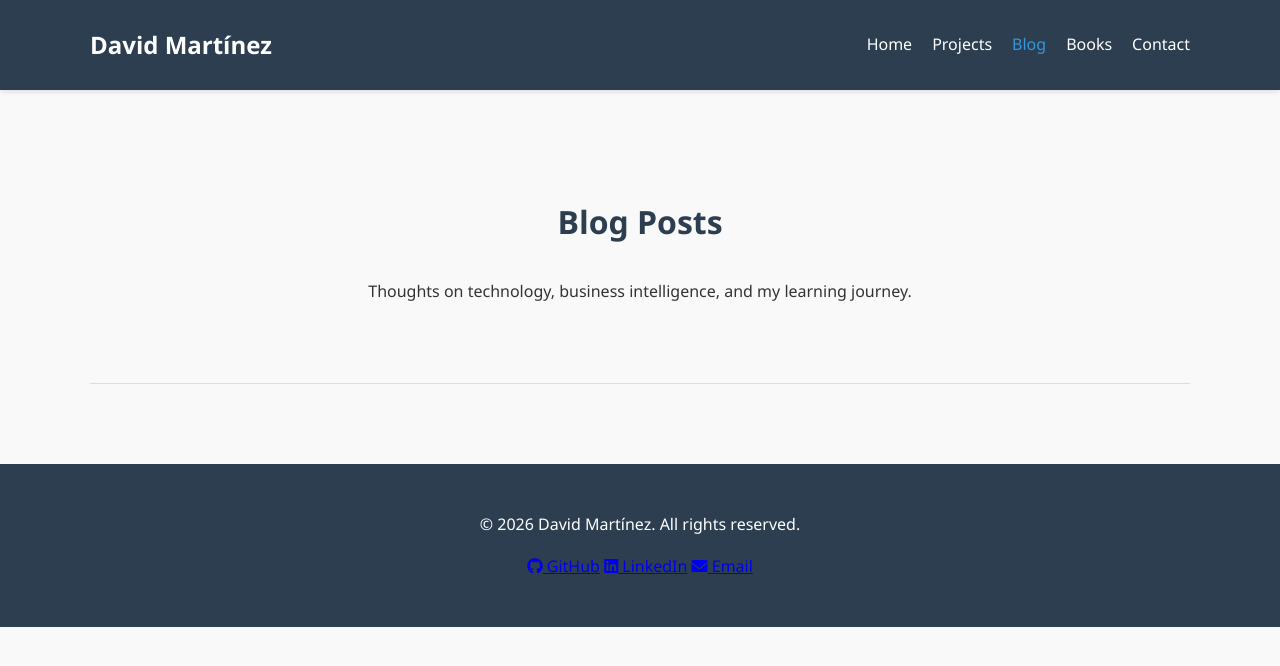
Repository: davidsmv/davidsmv.github.io
Page: blog.html
An editor plug-in stored every save of this project. The page is shown before and after the next save, followed by the edit.
The browser window is 1280 px wide. The pictures show the whole page.

Above is the page before, as saved 2026-01-19 18:20:58.

### blog.html
<!DOCTYPE html>
<html lang="en">
<head>
    <!-- Google Tag Manager -->
    <script>(function(w,d,s,l,i){w[l]=w[l]||[];w[l].push({'gtm.start':
    new Date().getTime(),event:'gtm.js'});var f=d.getElementsByTagName(s)[0],
    j=d.createElement(s),dl=l!='dataLayer'?'&l='+l:'';j.async=true;j.src=
    'https://www.googletagmanager.com/gtm.js?id='+i+dl;f.parentNode.insertBefore(j,f);
    })(window,document,'script','dataLayer','GTM-K4HP3RM');</script>
    <!-- End Google Tag Manager -->

    <meta charset="UTF-8">
    <meta name="viewport" content="width=device-width, initial-scale=1.0">
    <meta http-equiv="X-UA-Compatible" content="ie=edge">
    <title>Blog - David Martínez</title>

    <link rel="stylesheet" href="styles.css">
    <link rel="stylesheet" href="https://cdnjs.cloudflare.com/ajax/libs/font-awesome/6.0.0/css/all.min.css">
</head>
<body>
    <!-- Google Tag Manager (noscript) -->
    <noscript><iframe src="https://www.googletagmanager.com/ns.html?id=GTM-K4HP3RM"
    height="0" width="0" style="display:none;visibility:hidden"></iframe></noscript>
    <!-- End Google Tag Manager (noscript) -->

    <header>
        <nav>
            <div class="logo"><a href="index.html" style="color: white; text-decoration: none;">David Martínez</a></div>
            <ul class="nav-links">
                <li><a href="index.html">Home</a></li>
                <li><a href="projects.html">Projects</a></li>
                <li><a href="blog.html" style="color: var(--accent-color);">Blog</a></li>
                <li><a href="books.html">Books</a></li>
                <li><a href="contact.html">Contact</a></li>
            </ul>
        </nav>
    </header>

    <div class="container">
        <section>
            <h2>Blog Posts</h2>
            <p style="text-align: center; margin-bottom: 30px;">
                Thoughts on technology, business intelligence, and my learning journey.
            </p>

            <div class="card-list" id="all-blogs">
                <!-- Content will be loaded from scripts.js -->
            </div>
        </section>
    </div>

    <footer>
        <p>&copy; 2026 David Martínez. All rights reserved.</p>
        <p>
            <a href="https://github.com/davidsmv" target="_blank"><i class="fab fa-github"></i> GitHub</a>
            <a href="https://www.linkedin.com/in/davidsmv" target="_blank"><i class="fab fa-linkedin"></i> LinkedIn</a>
            <a href="mailto:david-martinezv@hotmail.com"><i class="fas fa-envelope"></i> Email</a>
        </p>
    </footer>

    <!-- Load scripts -->
    <script src="data/blogs.js"></script>
    <script src="js/scripts.js"></script>
    <script>
        renderBlogs('all-blogs');
    </script>
</body>
</html>

### styles.css
/* Root variables for easy customization */
:root {
  --primary-color: #2c3e50; /* Dark Blue */
  --accent-color: #3498db;  /* Light Blue */
  --bg-color: #f9f9f9;      /* Light Gray Background */
  --text-color: #333;       /* Dark Text */
  --card-bg: #fff;          /* White Card Background */
  --font-main: 'Segoe UI', Tahoma, Geneva, Verdana, sans-serif;
}

body {
  font-family: var(--font-main);
  background-color: var(--bg-color);
  color: var(--text-color);
  margin: 0;
  padding: 0;
  line-height: 1.6;
}

/* Header & Navigation */
header {
  background-color: var(--primary-color);
  color: #fff;
  padding: 1rem 0;
  position: sticky;
  top: 0;
  z-index: 1000;
  box-shadow: 0 2px 5px rgba(0,0,0,0.1);
}

nav {
  display: flex;
  justify-content: space-between;
  align-items: center;
  max-width: 1100px;
  margin: 0 auto;
  padding: 0 20px;
}

.logo {
  font-size: 1.5rem;
  font-weight: bold;
}

.nav-links {
  list-style: none;
  display: flex;
}

.nav-links li {
  margin-left: 20px;
}

.nav-links a {
  color: #fff;
  text-decoration: none;
  font-weight: 500;
  transition: color 0.3s;
}

.nav-links a:hover {
  color: var(--accent-color);
}

/* Sections */
.container {
  max-width: 1100px;
  margin: 0 auto;
  padding: 2rem 20px;
}

section {
  padding: 3rem 0;
  border-bottom: 1px solid #ddd;
}

section h2 {
  text-align: center;
  margin-bottom: 2rem;
  color: var(--primary-color);
  font-size: 2rem;
}

/* About Section */
.about-content {
  display: flex;
  flex-wrap: wrap;
  align-items: center;
  gap: 2rem;
}

.about-text {
  flex: 1;
  min-width: 300px;
}

.about-image {
  flex: 1;
  text-align: center;
  min-width: 300px;
}

.profile-pic {
  width: 200px;
  height: 200px;
  border-radius: 50%;
  object-fit: cover;
  border: 4px solid var(--accent-color);
}

/* About Read More */
#about-container.collapsed {
  max-height: 280px; /* Adjust height as needed */
  overflow: hidden;
  position: relative;
}

#about-container.collapsed::after {
  content: "";
  position: absolute;
  bottom: 0;
  left: 0;
  width: 100%;
  height: 80px;
  background: linear-gradient(to bottom, transparent, var(--bg-color));
  pointer-events: none;
}

.read-more-btn {
  background-color: transparent;
  color: var(--accent-color);
  border: 1px solid var(--accent-color);
  padding: 8px 16px;
  border-radius: 4px;
  cursor: pointer;
  font-weight: bold;
  margin-top: 10px;
  transition: all 0.3s ease;
}

.read-more-btn:hover {
  background-color: var(--accent-color);
  color: white;
}

/* Projects Grid */
.projects-grid {
  display: grid;
  grid-template-columns: repeat(auto-fit, minmax(300px, 1fr));
  gap: 2rem;
}

.project-card {
  background: var(--card-bg);
  padding: 1.5rem;
  border-radius: 8px;
  box-shadow: 0 4px 6px rgba(0,0,0,0.1);
  transition: transform 0.3s ease;
}

.project-card:hover {
  transform: translateY(-5px);
}

.project-card h3 {
  margin-top: 0;
  color: var(--primary-color);
}

/* GitHub Preview Image */
.project-thumb {
  width: 100%;
  height: auto;
  border-radius: 6px;
  margin-bottom: 1rem;
  border: 1px solid #eee;
}

.project-link {
  display: inline-block;
  margin-top: 1rem;
  color: var(--accent-color);
  text-decoration: none;
  font-weight: bold;
}

/* Blog & Books (General Card Style) */
.card-list {
  display: flex;
  flex-direction: column;
  gap: 1.5rem;
}

.list-item {
  background: var(--card-bg);
  padding: 1.5rem;
  border-radius: 8px;
  box-shadow: 0 2px 4px rgba(0,0,0,0.05);
  display: flex;
  justify-content: space-between;
  align-items: center;
}

.list-item a {
  color: var(--accent-color);
  text-decoration: none;
  font-weight: bold;
}

/* Modal specific styles */
.modal {
  display: none;
  position: fixed;
  z-index: 2000;
  padding-top: 100px;
  left: 0;
  top: 0;
  width: 100%;
  height: 100%;
  overflow: auto;
  background-color: rgb(0,0,0);
  background-color: rgba(0,0,0,0.4);
}

.modal-content {
  background-color: #fefefe;
  margin: auto;
  padding: 20px;
  border: 1px solid #888;
  width: 80%;
  max-width: 800px;
  border-radius: 8px;
  position: relative;
  max-height: 80vh;
  overflow-y: auto;
}

.close-modal {
  color: #aaaaaa;
  float: right;
  font-size: 28px;
  font-weight: bold;
  cursor: pointer;
}

.close-modal:hover,
.close-modal:focus {
  color: #000;
  text-decoration: none;
  cursor: pointer;
}

/* Markdown Content Styling within Modal */
.markdown-body {
  font-family: var(--font-main);
  line-height: 1.6;
}
.markdown-body h1, .markdown-body h2, .markdown-body h3 {
  color: var(--primary-color);
  margin-top: 1.5em;
}
.markdown-body code {
  background-color: #f0f0f0;
  padding: 2px 4px;
  border-radius: 4px;
}
.markdown-body pre {
  background-color: #f0f0f0;
  padding: 10px;
  border-radius: 4px;
  overflow-x: auto;
}
.markdown-body img {
  max-width: 100%;
  height: auto;
}

/* Project Preview in Card */
.project-readme-preview {
  margin-top: 10px;
  /* Removed gray background/border for cleaner text look */
  /* background-color: #f4f4f4; */
  /* border: 1px solid #ddd; */
  font-size: 0.95rem; /* Slightly larger for readability */
  color: var(--text-color);

  /* Restrict height to show only the "first part" */
  max-height: 250px; /* Increased slightly */
  overflow: hidden;
  position: relative;
}

.project-readme-preview::after {
  /* Fade out effect at the bottom */
  content: "";
  position: absolute;
  bottom: 0;
  left: 0;
  width: 100%;
  height: 80px; /* Longer fade for smoother transition */
  background: linear-gradient(to bottom, rgba(255,255,255,0), rgba(255,255,255,1));
}

.project-readme-preview img {
  max-width: 100%;
  height: auto;
  border-radius: 4px;
}

.project-readme-preview h1 { font-size: 1.4rem; margin-top: 0; }
.project-readme-preview h2 { font-size: 1.2rem; margin-top: 10px; }
.project-readme-preview h3 { font-size: 1.1rem; }


/* Book Content Truncation */
.book-content.collapsed {
  max-height: 220px;
  overflow: hidden;
  position: relative;
  margin-bottom: 15px;
}

.book-content.collapsed::after {
  content: "";
  position: absolute;
  bottom: 0;
  left: 0;
  width: 100%;
  height: 60px;
  background: linear-gradient(to bottom, rgba(255,255,255,0), var(--card-bg));
  pointer-events: none;
}

/* Footer */
footer {
  text-align: center;
  padding: 2rem 0;
  background-color: var(--primary-color);
  color: #fff;
  margin-top: 3rem;
}

.footer-icon:hover {
  color: var(--accent-color) !important;
  opacity: 0.8;
}

/* Responsive */
@media (max-width: 768px) {
  nav {
    flex-direction: column;
  }

  .nav-links {
    margin-top: 1rem;
  }

  .nav-links li {
    margin: 0 10px;
  }

  .about-content {
    flex-direction: column-reverse;
    text-align: center;
  }
}

### data/blogs.js
const blogData = [
    // {
    //     title: "Getting started with Machine Learning",
    //     description: "My journey into ML and what I've learned so far about algorithms and data preparation.",
    //     date: "Jan 15, 2026",
    //     link: "https://medium.com/",
    //     linkText: "Read on Medium"
    // },
    // {
    //     title: "Visualizing Data with PowerBI",
    //     description: "Tips and tricks for creating effective dashboards that drive business decisions.",
    //     date: "Dec 10, 2025",
    //     link: "#",
    //     linkText: "Read Article"
    // },
    // {
    //     title: "Why Python is Essential for Finance",
    //     description: "Automating spreadsheets and financial modeling with Python libraries like Pandas.",
    //     date: "Nov 22, 2025",
    //     link: "#",
    //     linkText: "Read Article"
    // },
    // {
    //     title: "The Future of Proptech",
    //     description: "Reflections on my experience at Habi and how technology is changing real estate.",
    //     date: "Oct 05, 2025",
    //     link: "#",
    //     linkText: "Read Article"
    // }
];

### js/scripts.js
// ============================================
// LOGIC SECTION - DO NOT EDIT UNLESS NECESSARY
// ============================================

// Helper function to fetch and render README
async function loadReadme(url, elementId) {
    const element = document.getElementById(elementId);
    if (!element) return;

    try {
        const response = await fetch(url);
        if (!response.ok) throw new Error("Failed to load");
        const text = await response.text();

        // Use marked to parse, or fallback to text
        if (typeof marked !== 'undefined') {
            element.innerHTML = marked.parse(text);
        } else {
            element.innerText = text;
        }
    } catch (error) {
        element.innerHTML = `<small style="color: #666;">Preview not available (${error.message})</small>`;
    }
}

function renderProjects(containerId, limit = null) {
    const container = document.getElementById(containerId);
    if (!container) return;

    // Use projectsData from data/projects.js
    const dataToRender = limit ? projectsData.slice(0, limit) : projectsData;

    container.innerHTML = dataToRender.map((project, index) => {
        // Create unique ID for the readme container
        const readmeId = `readme-${containerId}-${index}`;

        // Auto-detect GitHub image
        let imageUrl = project.imageUrl;
        if (!imageUrl && project.link && project.link.includes('github.com')) {
             const match = project.link.match(/github\.com\/([^\/]+)\/([^\/]+)/);
             if (match) {
                 // OpenGraph dynamic image
                 imageUrl = `https://opengraph.githubassets.com/1/${match[1]}/${match[2]}`;
             }
        }

        let imageHtml = '';
        if (imageUrl) {
            imageHtml = `<img src="${imageUrl}" alt="${project.title} Preview" class="project-thumb" loading="lazy">`;
        }

        let contentSection = '';

        if (project.readmeUrl) {
            // IF we have a README, we use it as the description
            contentSection = `
                <div id="${readmeId}" class="project-readme-preview">
                    Loading description...
                </div>
                <div style="margin-top: 15px; text-align: center;">
                     <a href="${project.link}" class="project-link" target="_blank">Continue reading on GitHub &rarr;</a>
                </div>
            `;
            // Trigger fetch
            setTimeout(() => loadReadme(project.readmeUrl, readmeId), 0);
        } else {
            // Fallback to manual description
            contentSection = `
                <p>${project.description}</p>
                <div style="margin-top: 15px;">
                    <a href="${project.link}" class="project-link">${project.linkText} &rarr;</a>
                </div>
            `;
        }

        return `
        <div class="project-card">
            ${imageHtml}
            ${project.hideTitle ? '' : `<h3>${project.title}</h3>`}
            ${contentSection}
        </div>
    `}).join('');
}

function renderBlogs(containerId, limit = null) {
    const container = document.getElementById(containerId);
    if (!container) return;

    // Use blogData from data/blogs.js
    const dataToRender = limit ? blogData.slice(0, limit) : blogData;

    container.innerHTML = dataToRender.map(post => `
        <div class="list-item">
            <div>
                <h3>${post.title}</h3>
                <p>${post.description}</p>
                <small>Published on ${post.date}</small>
            </div>
            <a href="${post.link}" target="_blank">${post.linkText} <i class="fas fa-external-link-alt"></i></a>
        </div>
    `).join('');
}

function renderBooks(containerId, limit = null) {
    const container = document.getElementById(containerId);
    if (!container) return;

    // Use bookData from data/books.js
    const dataToRender = limit ? bookData.slice(0, limit) : bookData;

    container.innerHTML = dataToRender.map(book => {
        if (book.goodreadsHtml) {
            // Extract the specific review URL if possible
            const match = book.goodreadsHtml.match(/href="(https:\/\/www\.goodreads\.com\/review\/show\/[^"]+)"/);
            const reviewUrl = match ? match[1] : null;

            // Remove the "View all my reviews" link and trailing breaks to clean up the UI
            let cleanHtml = book.goodreadsHtml.replace(/<br\s*\/?>\s*<br\s*\/?>\s*<a href="https:\/\/www\.goodreads\.com\/review\/list\/[^"]+">View all my reviews<\/a>/i, '');

            // Fallback: just remove the link if the BR tags are different
            cleanHtml = cleanHtml.replace(/<a href="https:\/\/www\.goodreads\.com\/review\/list\/[^"]+">View all my reviews<\/a>/i, '');

            return `
                <div class="list-item" style="display: block;">
                    <div class="book-content collapsed">
                        ${cleanHtml}
                    </div>
                    ${reviewUrl ? `
                    <div style="text-align: center; margin-top: 5px;">
                        <a href="${reviewUrl}" target="_blank" class="read-more-btn" style="text-decoration: none; display: inline-block;">Read Full Review on Goodreads</a>
                    </div>
                    ` : ''}
                </div>
            `;
        }
        return `
            <div class="list-item">
                <div>
                    <h3>${book.title}</h3>
                    <p><strong>Author:</strong> ${book.author}</p>
                    <p><em>"${book.review}"</em></p>
                    ${book.rating ? `<p><strong>Rating:</strong> ${book.rating}</p>` : ''}
                </div>
            </div>
        `;
    }).join('');
}

function renderContact(containerId) {
    const container = document.getElementById(containerId);
    if (!container) return;

    container.innerHTML = contactData.map(contact => `
        <div class="project-card" style="text-align: center; display: flex; flex-direction: column; align-items: center; justify-content: center;">
            <i class="${contact.icon}" style="font-size: 3rem; color: ${contact.color}; margin-bottom: 1rem;"></i>
            <h3>${contact.platform}</h3>
            <a href="${contact.link}" target="_blank" class="project-link" style="margin-top: 0.5rem; color: ${contact.color}; border: 1px solid ${contact.color}; padding: 5px 15px; border-radius: 5px;">
                ${contact.text}
            </a>
        </div>
    `).join('');
}

function renderFooter(containerId) {
    const container = document.getElementById(containerId);
    if (!container || typeof contactData === 'undefined') return;

    const iconsHtml = contactData.map(contact => `
        <a href="${contact.link}" target="_blank" title="${contact.platform}" class="footer-icon" style="color: white; margin: 0 10px; font-size: 1.5rem; transition: color 0.3s;">
            <i class="${contact.icon}"></i>
        </a>
    `).join('');

    container.innerHTML = `
        <div class="footer-socials" style="margin-bottom: 1rem;">
            ${iconsHtml}
        </div>
        <p>&copy; ${new Date().getFullYear()} David Martínez. All rights reserved.</p>
    `;
}

// Function to fetch and render the local PROFILE.md
async function loadProfile(elementId) {
    // Defaults to data/PROFILE.md
    const url = 'data/PROFILE.md';
    await loadReadme(url, elementId);

    const element = document.getElementById(elementId);
    if (!element) return;

    // Check height to see if we need a "Read More" button
    // Threshold set to 300px (approx match CSS max-height)
    if (element.scrollHeight > 300) {
        element.classList.add('collapsed');

        const btn = document.createElement('button');
        btn.innerText = 'Read More';
        btn.className = 'read-more-btn';

        btn.onclick = () => {
             const isCollapsed = element.classList.toggle('collapsed');
             btn.innerText = isCollapsed ? 'Read More' : 'Read Less';
        };

        // Insert button after the text container
        element.parentNode.insertBefore(btn, element.nextSibling);
    }
}

### data/contact.js
const contactData = [
    {
        platform: "WhatsApp",
        link: "https://wa.me/+573213871557", // Update with your number
        icon: "fab fa-whatsapp",
        color: "#25D366",
        text: "Chat on WhatsApp"
    },
    {
        platform: "Email",
        link: "mailto:david-martinezv@outlook.com",
        icon: "fas fa-envelope",
        color: "#D44638",
        text: "Send an Email"
    },
    {
        platform: "LinkedIn",
        link: "https://www.linkedin.com/in/davidsmv/?locale=en_US",
        icon: "fab fa-linkedin",
        color: "#0077b5",
        text: "Connect on LinkedIn"
    },
    {
        platform: "GitHub",
        link: "https://github.com/davidsmv",
        icon: "fab fa-github",
        color: "#333",
        text: "View GitHub Profile"
    },
    {
        platform: "Goodreads",
        link: "https://www.goodreads.com/davidsmv", // Update with your Goodreads profile link
        icon: "fab fa-goodreads",
        color: "#553b08",
        text: "View Goodreads Profile"
    },
    {
        platform: "Medium",
        link: "https://medium.com/@davidsmv", // Update with your Medium profile link
        icon: "fab fa-medium",
        color: "#00ab6c",
        text: "Read on Medium"
    },
    {
        platform: "Substack",
        link: "https://substack.com/@davidsmv?utm_campaign=profile&utm_medium=profile-page", // Update with your Substack profile link
        icon: "fas fa-bookmark", // Substack doesn't have a standard FA icon in free set sometimes, or use bookmark
        color: "#FF6719",
        text: "Subscribe on Substack"
    }
];

After the next save:
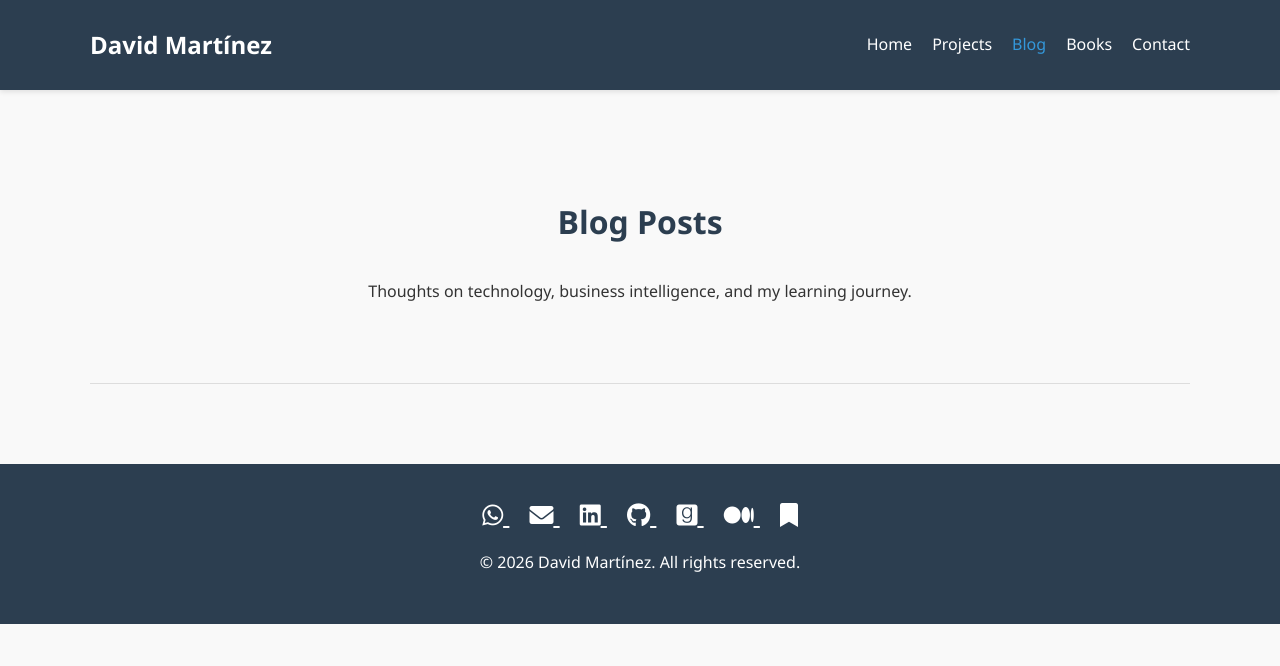
Saved 10 s later.
--- a/blog.html
+++ b/blog.html
@@ -49,20 +49,15 @@
         </section>
     </div>
 
-    <footer>
-        <p>&copy; 2026 David Martínez. All rights reserved.</p>
-        <p>
-            <a href="https://github.com/davidsmv" target="_blank"><i class="fab fa-github"></i> GitHub</a>
-            <a href="https://www.linkedin.com/in/davidsmv" target="_blank"><i class="fab fa-linkedin"></i> LinkedIn</a>
-            <a href="mailto:david-martinezv@hotmail.com"><i class="fas fa-envelope"></i> Email</a>
-        </p>
-    </footer>
+    <footer id="main-footer"></footer>
 
     <!-- Load scripts -->
     <script src="data/blogs.js"></script>
+    <script src="data/contact.js"></script>
     <script src="js/scripts.js"></script>
     <script>
         renderBlogs('all-blogs');
+        renderFooter('main-footer');
     </script>
 </body>
 </html>
